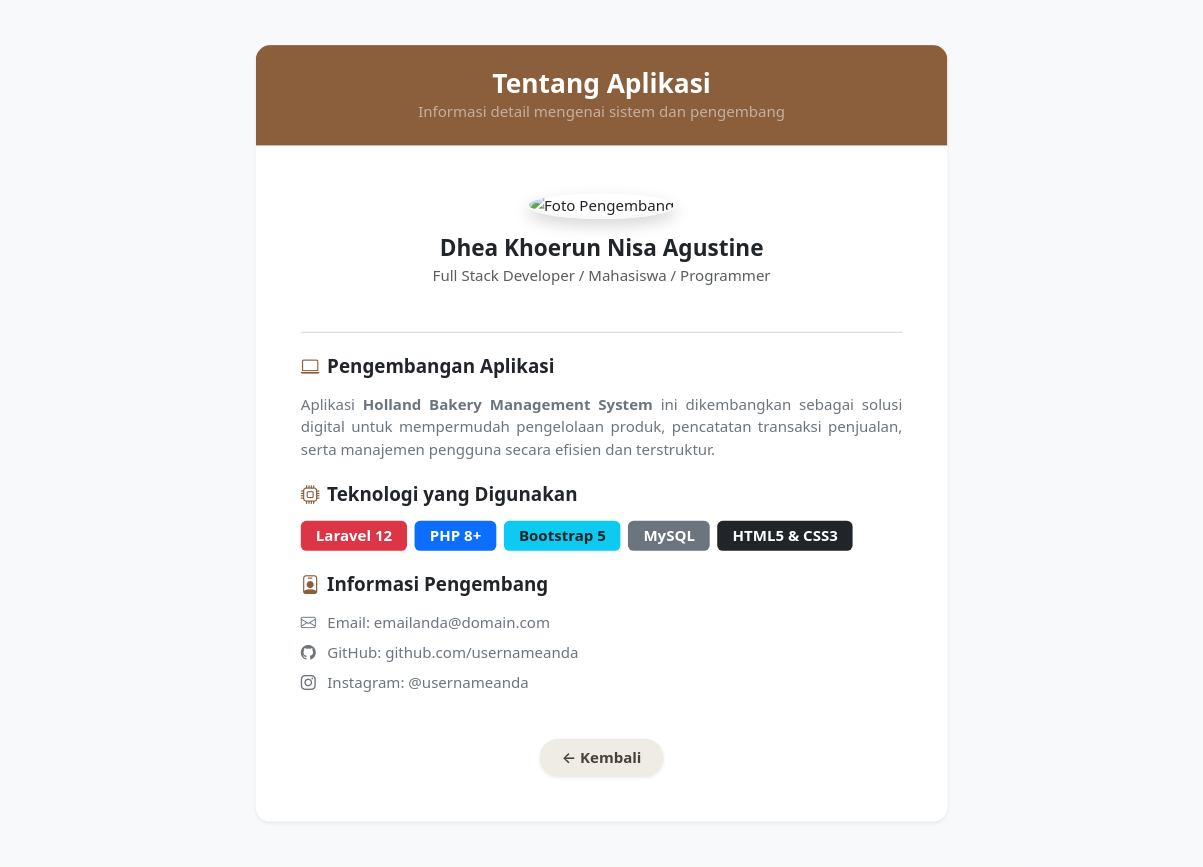
Repository: dheakhoerunnisaagustine/apk_pos4
Page: http://localhost/tentang
An editor plug-in stored every save of this project. The page is shown before and after the next save, followed by the edit.
The browser window is 1280 px wide. The pictures show the whole page, at 94% of full size.
Some web fonts or font styles are not loaded; a fallback is used. The page is served by the project's Laravel application, run on PHP 8.4 with Laravel 12. A made-up administrator, Test User (test@example.com), is signed in. Other server files are loaded and not shown. Style sheets and scripts are compiled from the project's sources, by tool versions that may differ from the author's.

Above is the page before, as saved 2026-08-19 08:28:51.

### routes/web.php
<?php

use Illuminate\Support\Facades\Route;
use App\Http\Controllers\AuthController;
use App\Http\Controllers\DashboardController;
use App\Http\Controllers\ItemPenjualanController;
use App\Http\Controllers\PenjualanController;
use App\Http\Controllers\ProdukController;
use App\Http\Controllers\UserController;

// Route Halaman Utama
Route::get('/', function () {
    return auth()->check()
        ? redirect()->route('dashboard')
        : redirect()->route('login');
});

// Route Tampilan Login (Hanya untuk Guest)
Route::middleware('guest')->group(function () {
    Route::get('/login', [AuthController::class, 'index'])->name('login');
});

// Route Eksekusi Login (Ditaruh di luar guest agar tidak kena redirect loop/expired saat ganti akun)
Route::post('/auth', [AuthController::class, 'auth'])->name('auth');

// Route yang hanya bisa diakses setelah login
Route::middleware('auth')->group(function () {
    Route::get('/dashboard', [DashboardController::class, 'index'])->name('dashboard');

    // Rute Tentang yang baru ditambahkan
    Route::get('/tentang', function () {
        return view('tentang');
    })->name('tentang');

    Route::post('/logout', [AuthController::class, 'logout'])->name('logout');

    // Khusus Admin
    Route::middleware('role:admin')->prefix('admin')->name('admin.')->group(function () {
        Route::get('/users', [UserController::class, 'index'])->name('users');
        Route::get('/users/create', [UserController::class, 'create'])->name('users.create');
        Route::post('/users/store', [UserController::class, 'store'])->name('users.store');
        Route::get('/users/edit/{user}', [UserController::class, 'edit'])->name('users.edit');
        Route::put('/users/update/{user}', [UserController::class, 'update'])->name('users.update');
        Route::delete('/users/destroy/{user}', [UserController::class, 'destroy'])->name('users.destroy');
    });

    // Admin & Kasir
    Route::middleware('role:admin,kasir')->group(function () {
        Route::resource('/produk', ProdukController::class);
        Route::resource('/penjualan', PenjualanController::class);
        Route::resource('/itempenjualan', ItemPenjualanController::class);
    });
});

### app/Models/User.php
<?php

namespace App\Models;

// use Illuminate\Contracts\Auth\MustVerifyEmail;
use Illuminate\Database\Eloquent\Factories\HasFactory;
use Illuminate\Foundation\Auth\User as Authenticatable;
use Illuminate\Notifications\Notifiable;

class User extends Authenticatable
{
    /** @use HasFactory<\Database\Factories\UserFactory> */
    use HasFactory, Notifiable;

    /**
     * The attributes that are mass assignable.
     *
     * @var list<string>
     */
    protected $fillable = [
        'name',
        'email',
        'password',
        'role_id'
    ];

    /**
     * The attributes that should be hidden for serialization.
     *
     * @var list<string>
     */
    protected $hidden = [
        'password',
        'remember_token',
    ];

    /**
     * Get the attributes that should be cast.
     *
     * @return array<string, string>
     */
    protected function casts(): array
    {
        return [
            'email_verified_at' => 'datetime',
            'password' => 'hashed',
        ];
    }

    public function role()
{
    return $this->belongsTo(Role::class, 'role_id', 'id');
}


    public function produk()
    {
        return $this->hasMany(Produk::class, 'user_id');
    }

    public function Penjualan()
    {
        return $this->hasMany(Penjualan::class, 'user_id');
    }





}

### resources/views/tentang.blade.php
@extends('layouts.app') {{-- Sesuaikan dengan layout utama aplikasi Anda --}}

@section('content')
<div class="container py-5">
    <div class="row justify-content-center">
        <div class="col-md-8">
            <div class="card shadow-sm border-0 rounded-4 overflow-hidden">
                <div class="card-header text-white text-center py-4" style="background: #8B5E3C;">
                    <h3 class="mb-0 fw-bold">Tentang Aplikasi</h3>
                    <p class="mb-0 text-white-50">Informasi detail mengenai sistem dan pengembang</p>
                </div>

                <div class="card-body p-4 p-md-5 bg-white">

                    {{-- Bagian Foto dan Nama Pengembang --}}
                    <div class="text-center mb-5">
                        {{-- Ganti 'images/foto-saya.jpg' dengan lokasi foto Anda di folder public --}}
                        <img src="{{ asset('images/foto-saya.jpg') }}" alt="Foto Pengembang"
                            class="rounded-circle shadow mb-3 border border-3 border-light"
                            style="width: 150px; height: 150px; object-fit: cover;">

                        <h4 class="fw-bold mb-1">Dhea Khoerun Nisa Agustine</h4>
                        <p class="text-muted">Full Stack Developer / Mahasiswa / Programmer</p>
                    </div>

                    <hr class="text-muted my-4">

                    {{-- Informasi Pengembangan Aplikasi --}}
                    <div class="mb-4">
                        <h5 class="fw-bold text-dark mb-3">
                            <i class="bi bi-laptop me-2" style="color: #8B5E3C;"></i>Pengembangan Aplikasi
                        </h5>
                        <p class="text-secondary" style="text-align: justify;">
                            Aplikasi <strong>Holland Bakery Management System</strong> ini dikembangkan sebagai solusi digital untuk mempermudah pengelolaan produk, pencatatan transaksi penjualan, serta manajemen pengguna secara efisien dan terstruktur.
                        </p>
                    </div>

                    {{-- Teknologi yang Digunakan --}}
                    <div class="mb-4">
                        <h5 class="fw-bold text-dark mb-3">
                            <i class="bi bi-cpu me-2" style="color: #8B5E3C;"></i>Teknologi yang Digunakan
                        </h5>
                        <div class="d-flex flex-wrap gap-2">
                            <span class="badge bg-danger px-3 py-2 fs-6">Laravel 12</span>
                            <span class="badge bg-primary px-3 py-2 fs-6">PHP 8+</span>
                            <span class="badge bg-info text-dark px-3 py-2 fs-6">Bootstrap 5</span>
                            <span class="badge bg-secondary px-3 py-2 fs-6">MySQL</span>
                            <span class="badge bg-dark px-3 py-2 fs-6">HTML5 & CSS3</span>
                        </div>
                    </div>

                    {{-- Informasi Kontak / Pengembang --}}
                    <div class="mb-4">
                        <h5 class="fw-bold text-dark mb-3">
                            <i class="bi bi-person-badge me-2" style="color: #8B5E3C;"></i>Informasi Pengembang
                        </h5>
                        <ul class="list-unstyled text-secondary">
                            <li class="mb-2"><i class="bi bi-envelope me-2"></i> Email: emailanda@domain.com</li>
                            <li class="mb-2"><i class="bi bi-github me-2"></i> GitHub: github.com/usernameanda</li>
                            <li class="mb-2"><i class="bi bi-instagram me-2"></i> Instagram: @usernameanda</li>
                        </ul>
                    </div>

                    {{-- Tombol Kembali sesuai desain gambar --}}
                    <div class="text-center mt-5">
                        <a href="{{ route('dashboard') }}" class="btn px-4 py-2 rounded-pill fw-semibold shadow-sm" style="background-color: #EFECE6; color: #4A403A; border: none;">
                            &larr; Kembali
                        </a>
                    </div>

                </div>
            </div>
        </div>
    </div>
</div>
@endsection

### resources/views/layouts/app.blade.php
<!DOCTYPE html>
<html lang="id">
<head>
    <meta charset="UTF-8">
    <meta name="viewport" content="width=device-width, initial-scale=1">

    <title>@yield('title') | Bakery POS</title>

    @vite(['resources/css/app.css', 'resources/js/app.js'])
</head>

<body class="bg-light">

    @yield('content')

</body>
</html>

### resources/css/app.css
@import "bootstrap/dist/css/bootstrap.min.css";
@import "bootstrap-icons/font/bootstrap-icons.css";
@import './dashboard.css';

@source '../../vendor/laravel/framework/src/Illuminate/Pagination/resources/views/*.blade.php';
@source '../../storage/framework/views/*.php';
@source '../**/*.blade.php';
@source '../**/*.js';

@theme {
    --font-sans: 'Instrument Sans', ui-sans-serif, system-ui, sans-serif, 'Apple Color Emoji', 'Segoe UI Emoji',
        'Segoe UI Symbol', 'Noto Color Emoji';
}

### resources/css/dashboard.css
body{
    background:#f8f5f2;
}


.page-title{
    font-weight:bold;
    color:#6f4e37;
}


.stat-card{
    border:none;
    border-radius:15px;
    box-shadow:0 5px 15px rgba(0,0,0,.08);
    transition:.3s;
}


.stat-card:hover{
    transform:translateY(-5px);
}


.stat-icon{
    width:60px;
    height:60px;
    border-radius:50%;
    display:flex;
    justify-content:center;
    align-items:center;
    font-size:28px;
    color:white;
}


.bg-brown{
    background:#8B5E3C;
}


.bg-orange{
    background:#D4A373;
}


.bg-green{
    background:#28a745;
}


.bg-red{
    background:#dc3545;
}


.table-card{
    border:none;
    border-radius:15px;
    box-shadow:0 5px 15px rgba(0,0,0,.08);
}


.card-title-custom{
    color:#6f4e37;
    font-weight:bold;
}


.card{
    border:none;
    border-radius:18px;
    box-shadow:0 10px 25px rgba(0,0,0,.08);
    transition:.3s;
}


.card:hover{
    transform:translateY(-4px);
}



/* =====================
   BUTTON BAKERY USER
===================== */


.btn-bakery-edit {

    background:#D8A47F;
    color:white;
    border-radius:30px;
    padding:8px 18px;
    font-weight:600;
    border:none;
    transition:.3s;

}


.btn-bakery-edit:hover {

    background:#B9825A;
    color:white;
    transform:translateY(-2px);

}



.btn-bakery-delete {

    background:#E98B8B;
    color:white;
    border-radius:30px;
    padding:8px 18px;
    font-weight:600;
    border:none;
    transition:.3s;

}


.btn-bakery-delete:hover {

    background:#D85C5C;
    color:white;
    transform:translateY(-2px);

}



.btn i{
    margin-right:5px;
}

Loaded but not shown: resources/js/bootstrap.js (common file)

After the next save:
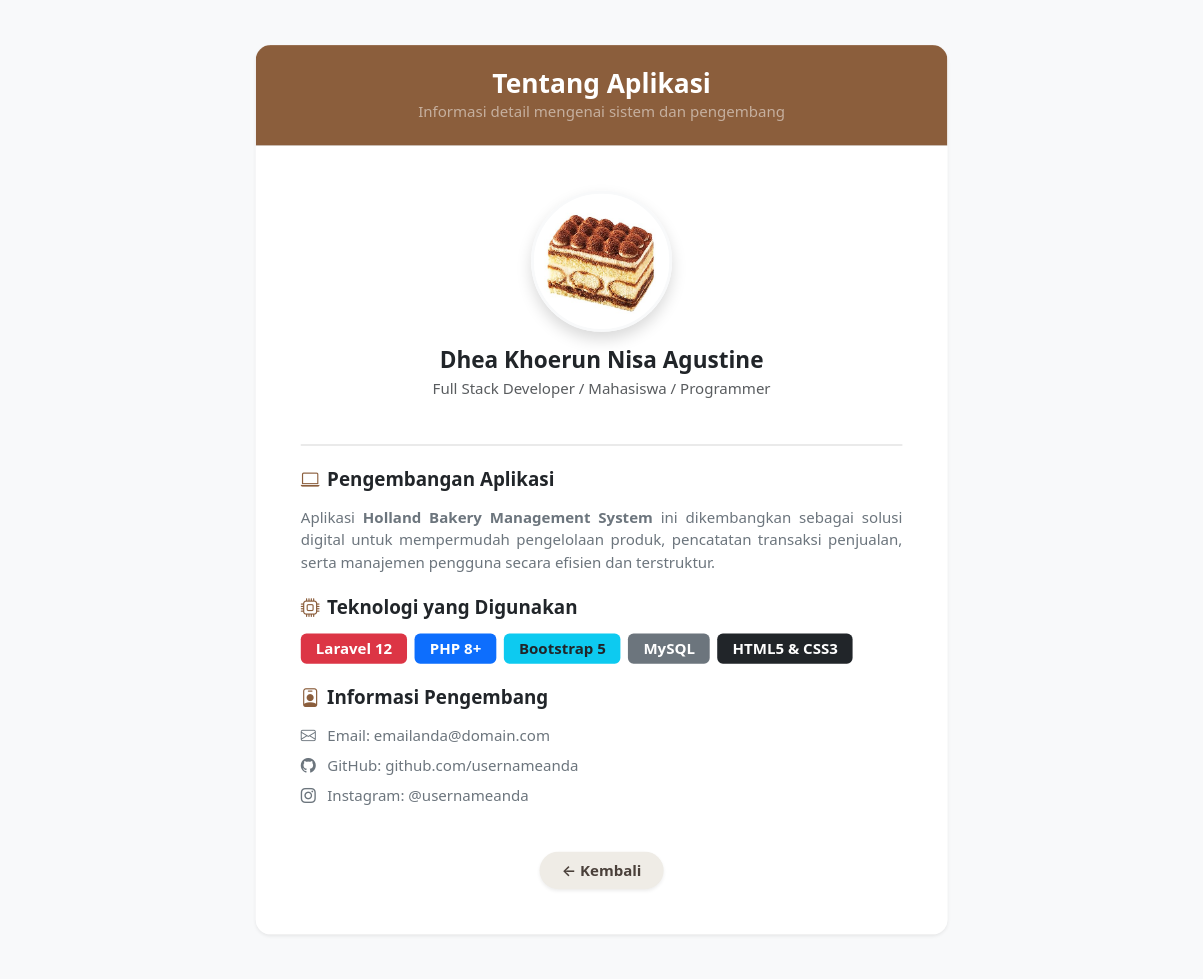
Saved 14 min 18 s later.
--- a/resources/views/tentang.blade.php
+++ b/resources/views/tentang.blade.php
@@ -15,7 +15,7 @@
                     {{-- Bagian Foto dan Nama Pengembang --}}
                     <div class="text-center mb-5">
                         {{-- Ganti 'images/foto-saya.jpg' dengan lokasi foto Anda di folder public --}}
-                        <img src="{{ asset('images/foto-saya.jpg') }}" alt="Foto Pengembang"
+                        <img src="{{ asset('images/foto.jpg') }}" alt="Foto Pengembang"
                             class="rounded-circle shadow mb-3 border border-3 border-light"
                             style="width: 150px; height: 150px; object-fit: cover;">
 
